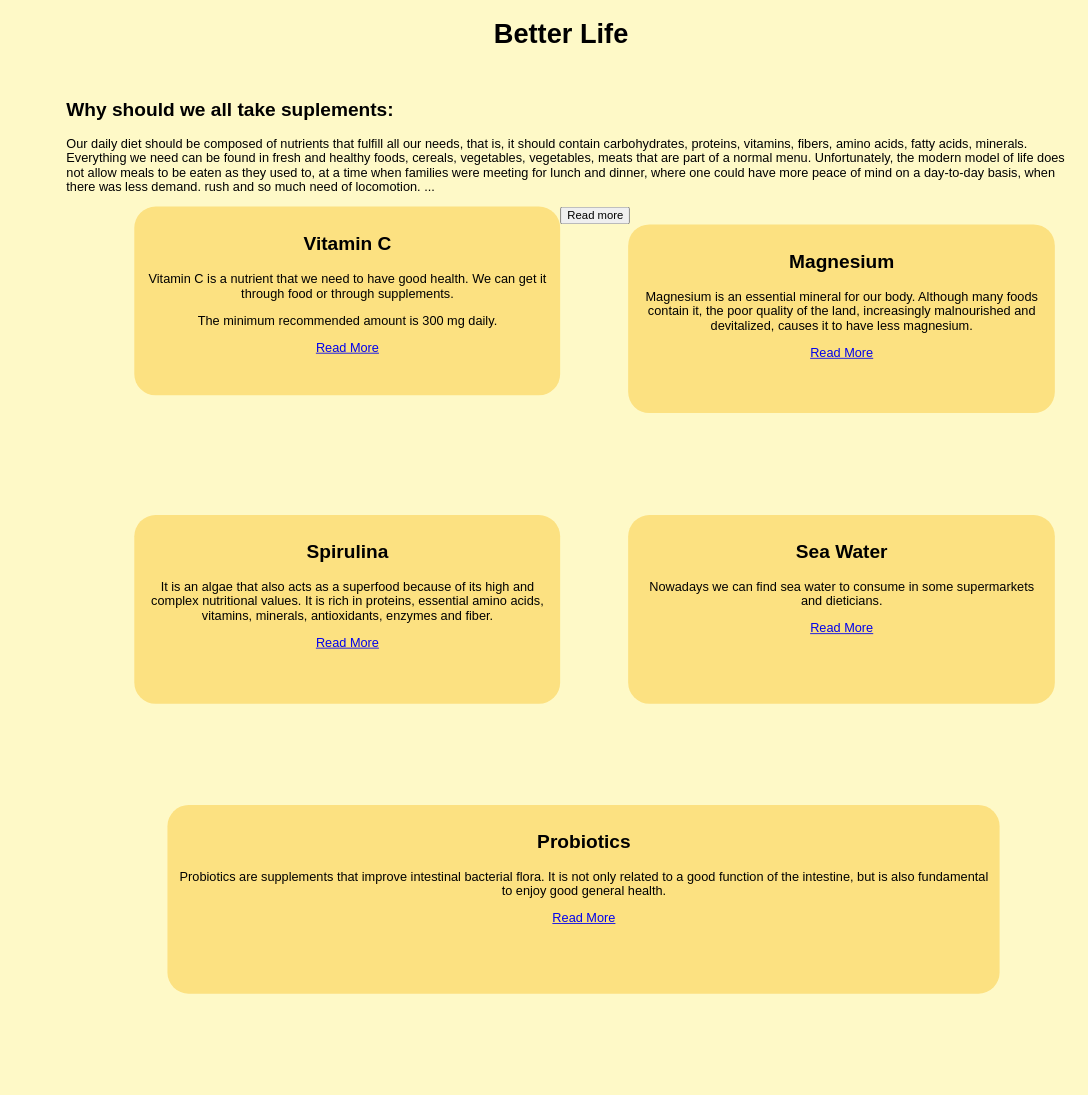
Repository: DSerenoG/Assessment2
Page: index.html
The author's editor kept a record of every edit. The page is drawn from the files as they stood at one moment, then again after the next edit.
The browser window is 1280 px wide. The pictures show the whole page, at 85% of full size.

Above is the page before.

After the next edit:
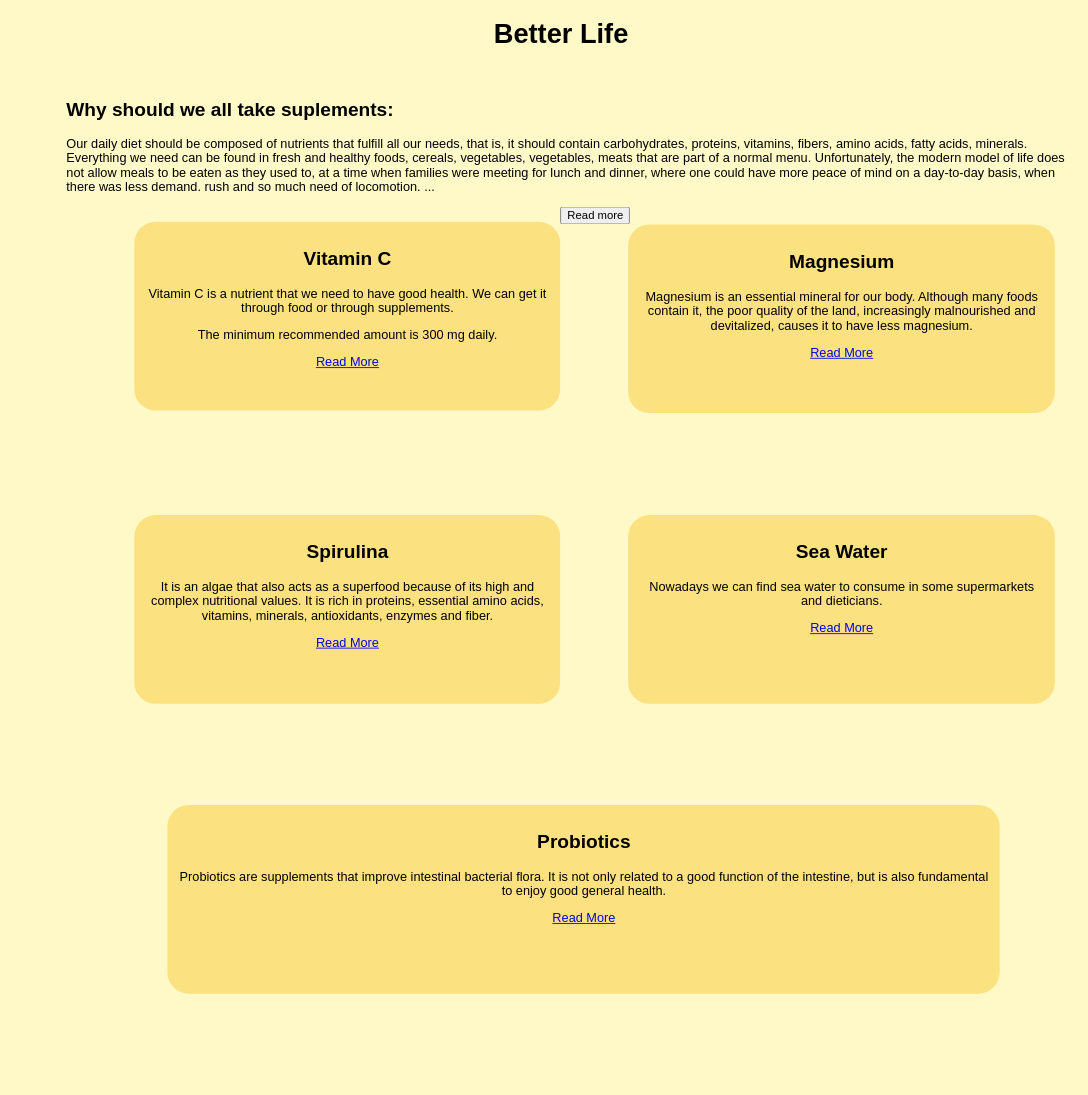
The edit:
--- a/index.html
+++ b/index.html
@@ -28,7 +28,7 @@
             <button onclick="myFunction()" id="myBtn">Read more</button>
         </reason>
 
-        <suplement1  id="boxes">
+        <suplement1  id="b1">
             <h2>Vitamin C</h2>
             <p>Vitamin C is a nutrient that we need to have good health. We can get it through food or through supplements.</p>
             <p>The minimum recommended amount is 300 mg daily.</p>
